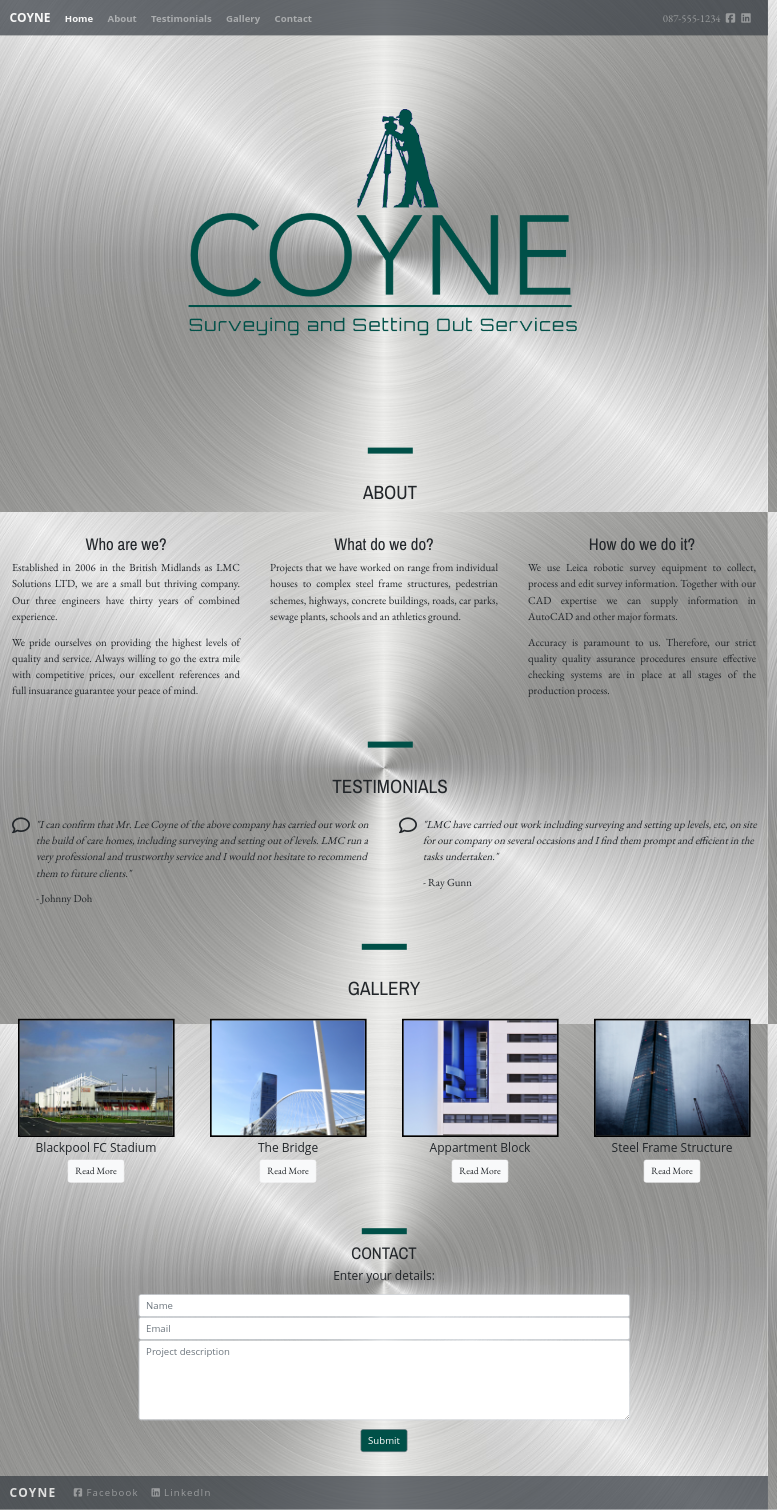
Repository: Leo-Cullen/first-milestone-project
Page: index.html
The author's editor kept a record of every edit. The page is drawn from the files as they stood at one moment, then again after the next edit.
The browser window is 1280 px wide. The page is 1295 px wide, then 1280 px, so the pictures cover 1295 px, including what lies to the right of the window. The pictures show the whole page, at 60% of full size.
Backgrounds fixed to the window are drawn as part of the page. Some web libraries are served in a nearby version.

Above is the page before.

After the next edit:
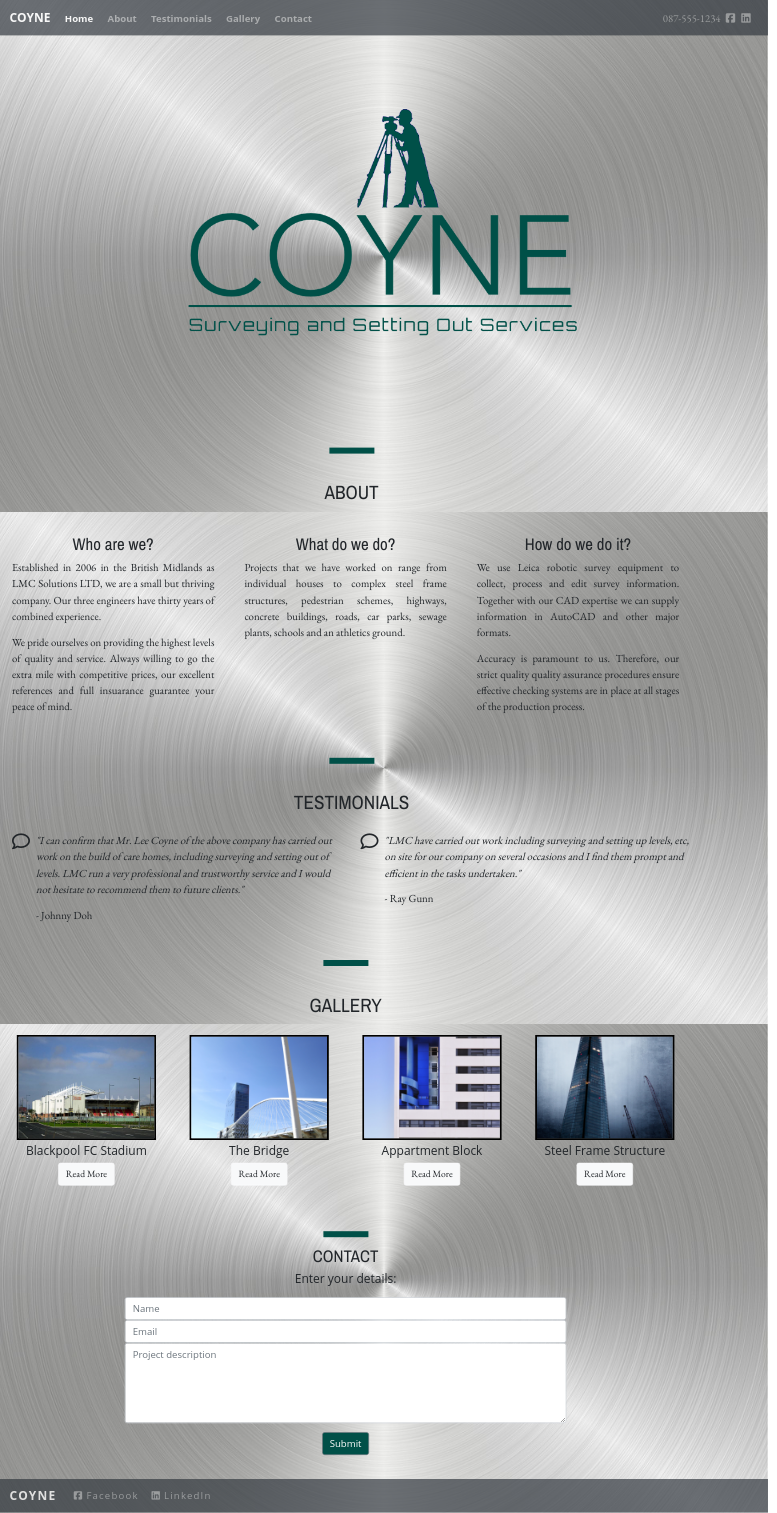
The edit:
--- a/assets/css/style.css
+++ b/assets/css/style.css
@@ -73,6 +73,9 @@
 
 .content-container {
     margin-bottom: 20px;
+    margin-left: 0px;
+    margin-right: 0px;
+    max-width: 90%; /* keep all content within screen  */
 }
 
 /*------------------------------------------------------------------- splash */
